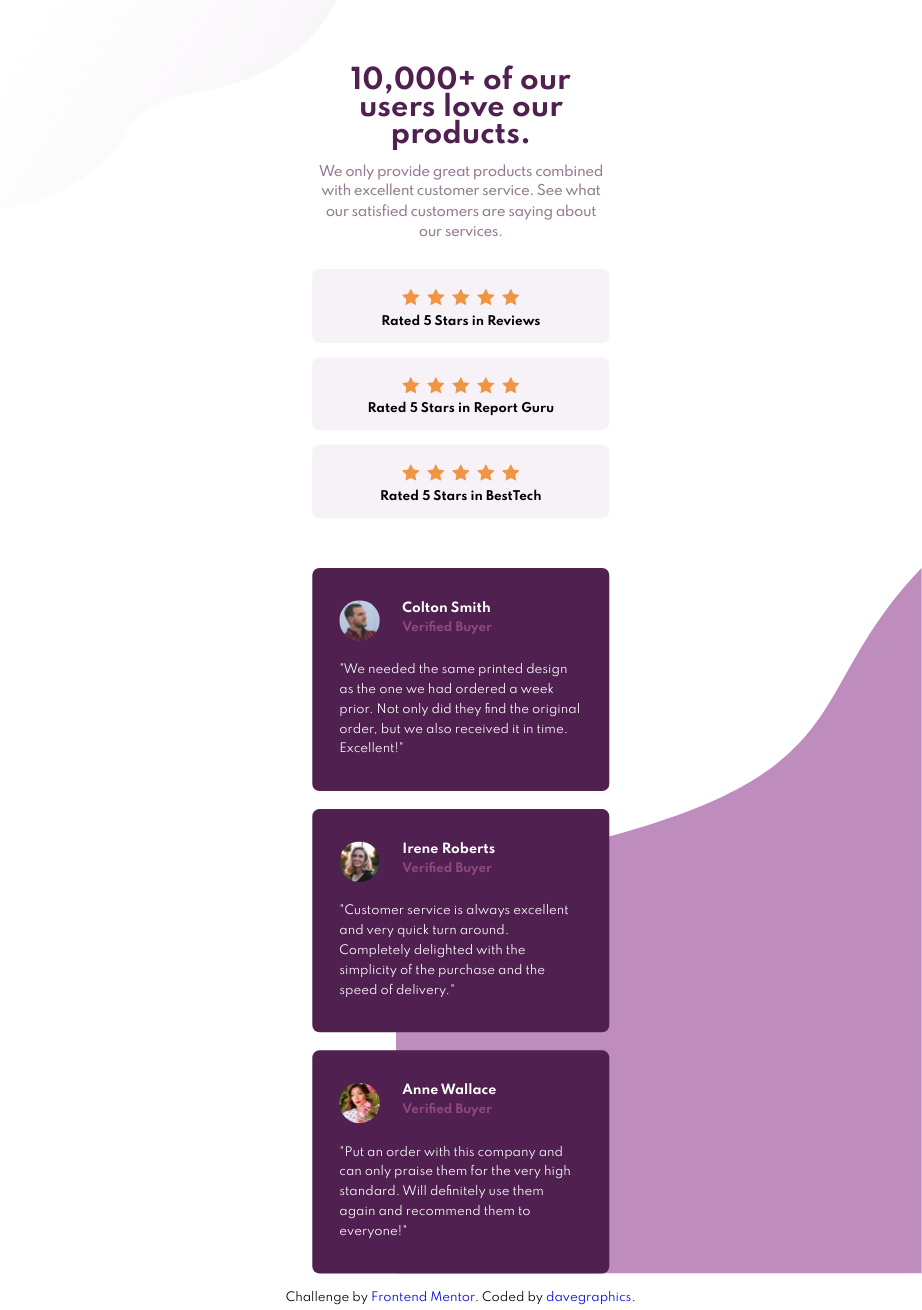
Repository: DejV44/social-proof-section-master
Page: index.html
The author's editor kept a copy of each file at every save. The page is drawn from the files as they stood at one save, then again after the next save.
The browser window is 1024 px wide. The pictures show the whole page, at 90% of full size.
The style sheet was rebuilt from its Sass, Less or Tailwind sources for each picture, by a compiler version that may differ from the author's.

Above is the page before, as saved 2021-06-28 21:43:21.

### index.html
<!DOCTYPE html>

<html lang="en">
<head>
    <meta charset="UTF-8">
    <meta http-equiv="X-UA-Compatible" content="IE=edge">
    <meta name="viewport" content="width=device-width, initial-scale=1.0">
    <link rel="stylesheet" href="../css/main.css">
    <title>social-proof-section-master</title>
</head>
<body>
    <div class="size">
        <section class="main">
            <div class="titles">
                <h1 class="title">10,000+ of our <br>users love our <br>products.</h1>
                <p class="item-1">We only provide great products combined with excellent customer service. See what our satisfied customers are saying about our services.</p>
            </div>
            <div class="container">
                <ul>
                    <li class="item1">
                        <img src="../img/stars.svg" alt="stars">
                        <h5>Rated 5 Stars in Reviews</h5>
                    </li>
                </ul>

                <ul>
                    <li class="item2">
                        <img src="../img/stars.svg" alt="stars">
                        <h5>Rated 5 Stars in Report Guru</h5>
                    </li>
                </ul>

                <ul>
                    <li class="item3">
                        <img src="../img/stars.svg" alt="stars">
                        <h5>Rated 5 Stars in BestTech</h5>
                    </li>
                </ul>
            </div>
        </section>

        <section class="citate">
            <ul class="alfa">
                <li>
                    <div class="identy1">
                        <img src="../img/image-colton.jpg" alt="stars">
                        <div>
                            <h3>Colton Smith</h3>
                            <h4>Verified Buyer</h4>
                        </div>
                    </div>
                    <blockquote>"We needed the same printed design as the one we had ordered a week prior. Not only did they find the original order, but we also received it in time. Excellent!"</blockquote>
                </li>
            </ul>

            <ul class="beta">
                <li>
                    <div class="identy2">
                        <img src="../img/image-irene.jpg" alt="stars">
                        <div>
                            <h3>Irene Roberts</h3>
                            <h4>Verified Buyer</h4>
                        </div>
                    </div>
                    <blockquote>"Customer service is always excellent and very quick turn around. Completely delighted with the simplicity of the purchase and the speed of delivery."</blockquote>
                </li>
            </ul>

            <ul class=gama>
                <li>
                    <div class="identy3">
                        <img src="../img/image-anne.jpg" alt="stars">
                        <div>
                            <h3>Anne Wallace</h3>
                            <h4>Verified Buyer</h4>
                        </div>
                    </div>
                    <blockquote>"Put an order with this company and can only praise them for the very high standard. Will definitely use them again and recommend them to everyone!"</blockquote>
                </li>
            </ul>
        </section>
        <div class="attribution">
            Challenge by
            <a href="https://www.frontendmentor.io?ref=challenge" target="_blank"
            >Frontend Mentor</a
            >. Coded by <a href="#">davegraphics</a>.
      </div>
    </div>
</body>
</html>

### css/main.scss
@import url('https://fonts.googleapis.com/css2?family=Spartan:wght@400;500;700&display=swap');

*{
    margin: 0;
    padding: 0;

    -webkit-font-smoothing: antialiased;
    /*outline: 3px solid rgb(197, 197, 197);*/
}

:root {
    --primary-color: hsl(300, 43%, 22%);
    --soft-pink: #8F497D;
    --neutral-color: hsl(303, 10%, 53%);
    --light-color: hsl(300, 24%, 96%);
    --white: hsl(0, 0%, 100%);
}

html {
    height: 100%;
}

@media only screen and (min-width: 1250px) {

body {
    margin: 0;
    padding: 0;

    background-image: url("/img/bg-pattern-top-desktop.svg"), url("/img/bg-pattern-bottom-desktop.svg");
    background-position: top 0px left 0px, bottom 0px right 0px;
    background-repeat: no-repeat;
    background-size: inherit;
    //background: var(--white);
    font-family: 'Spartan', sans-serif;

    .size {


        .main {

            margin: 120px auto 0 167px;
            max-width: 1440px;
            max-height: 400px;
            display: grid;
            grid-template-columns: 1fr 1fr;

            .titles {

                margin-right: 20%;

                .title {
                    font-size: 40px;
                    padding-bottom: 7px;
                }
            }

            .container {


                ul {

                    li {
                        display: grid;
                        grid-template-columns: 180px 260px;
                        list-style: none;
                        text-align: left;
                        border-radius: 7px;
                        background: var(--light-color);
                        max-width: 445px;

                    }
                    .item1 {
                        margin-left: -100px;
                        margin-bottom: 7px;
                    }

                    .item2 {
                        margin-left: -50px;
                        margin-bottom: 7px;
                    }

                    img {
                        width: 120px;
                        height: 17px;
                        grid-column: 1/2;
                        padding: 20px 0 20px 30px;
                    }

                    h5 {
                        grid-column: 2/2;
                        width: 260px;
                        padding: 20px 0;

                    }
                }
            }
        }


        .citate {


            display: grid;
            grid-template-columns: 1fr 1fr 1fr;
            margin: 50px auto;
            max-width: 1440px;


            ul {

                padding: 40px 30px;

                background: var(--primary-color);
                border-radius: .5em;
                width: 350px;
                height: 235px;
                margin: 0px auto 20px auto;

                blockquote {
                        color: var(--white);
                        margin-top: 25px;
                        line-height: 28px;
                        text-align: left;

                }

                li {
                    list-style: none;

                    h3 {
                            color: var(--white);
                            margin: .5em 0 .2em 0;
                            padding-left: 20px;
                            font-size: 15px;

                        }

                        h4 {
                            color: var(--soft-pink);
                            margin: .4em 0 .2em 0;
                            padding-left: 20px;
                            font-size: 14px;

                        }

                    .identy1 {
                        grid-column: 1/3;
                        display: flex;
                        img {
                            margin-top: 6px;
                            border-radius: 5em;
                            width: 45px;
                            height: 45px;
                            position: relative;
                            top: 4px;
                            left: 4px;
                        }

                    }

                    .identy2 {
                        grid-column: 2/3;
                        display: flex;
                        img {
                            margin-top: 6px;
                            border-radius: 5em;
                            width: 45px;
                            height: 45px;
                            position: relative;
                            top: 4px;
                            left: 4px;

                        }


                    }

                    .identy3 {
                        grid-column: 3/3;
                        display: flex;
                        img {
                            margin-top: 6px;
                            border-radius: 5em;
                            width: 45px;
                            height: 45px;
                            position: relative;
                            top: 4px;
                            left: 4px;
                        }


                    }
                }

            }

            .beta {
                margin-top: 20px;
            }

            .gama {
                margin-top: 40px;
            }
        }

        .attribution {
            position: absolute;
            width: 100%;
            bottom: 0;
            text-align: center;
            font-size: 13px;
            padding-bottom: 5px;


            a {
                text-decoration: none;
                font-size: 13px;

            }


        }
    }

}
}

@media only screen and (max-width: 1250px) {
body {
    margin: 0;
    padding: 0;
    font-family: 'Spartan', sans-serif;
    background: url("/img/bg-pattern-top-mobile.svg");
    background-position: top 0px left 0px;
    background-repeat: no-repeat;
    background-size: inherit;

    .size {



        .main {
            text-align: center;
            margin: 0 auto 70px auto;




            .title {
                margin: 0 auto;
                padding: 2.5em 10% 0 10%;
                font-size: 30px;
                line-height: 30px;
                font-weight: 900;
                color: var(--primary-color);
                width: 330px;
                height: 105px;
            }

            p {
                padding: 10px auto;
                margin: 0px auto;
                color: var(--neutral-color);
                line-height: 1.5em;
                letter-spacing: -0.5px;
                width: 325px;
                height: 100px;
                font-size: 14.9px;
                font-weight: 500;
            }

            .container {
                padding: .2em;
                width: 330px;
                height: 80px;
                display: inline-block;

                ul {
                    background: var(--light-color);
                    border-radius: .5em;
                    width: 330px;

                    li {
                    list-style: none;
                    padding: 1em;
                    margin: 1em;


                    img {
                        padding: .3em;
                        width: 130px;
                        height: 20px;
                    }

                    h3 {
                        padding: .3em;
                        color: var(--primary-color);
                        font-size: 13px;
                    }
                }
                }

            }



        }

        .citate {
        background: url("../img/bg-pattern-bottom-mobile2.svg");
        background-repeat: no-repeat;
        background-size: inherit;
        background-position-x: 100%;
        background-position-y: 100%;

            .alfa, .beta, .gama {
                list-style: none;
                background: var(--primary-color);
                border-radius: .5em;
                width: 330px;
                height: 248px;
                margin: 0px auto 20px auto;

                .identy1, .identy2, .identy3 {
                    display: flex;

                    h3 {
                        color: var(--white);
                        margin: .5em 0 .2em 25px;
                        padding: 30px 0 0 30px;
                        font-size: 14px;
                    }

                    h4 {
                        color: var(--soft-pink);
                        margin: .4em 0 .2em 25px;
                        padding: 0px 0 0 30px;
                        font-size: 13px;
                    }

                    img {
                        margin-top: 6px;
                        border-radius: 5em;
                        width: 45px;
                        height: 45px;
                        position: relative;
                        top: 30px;
                        left: 30px;
                    }
                }

                blockquote {
                    color: var(--white);
                    margin-top: 25px;
                    padding: 0 30px 30px 30px;
                    line-height: 22px;
                    text-align: left;
                    font-size: 13px;
                }
            }
        }

        .attribution {



            width: 100%;
            bottom: 0;
            text-align: center;
            font-size: 13px;
            padding-bottom: 5px;


            a {
                text-decoration: none;
                font-size: 13px;

            }


        }



    }





}

}

After the next save:
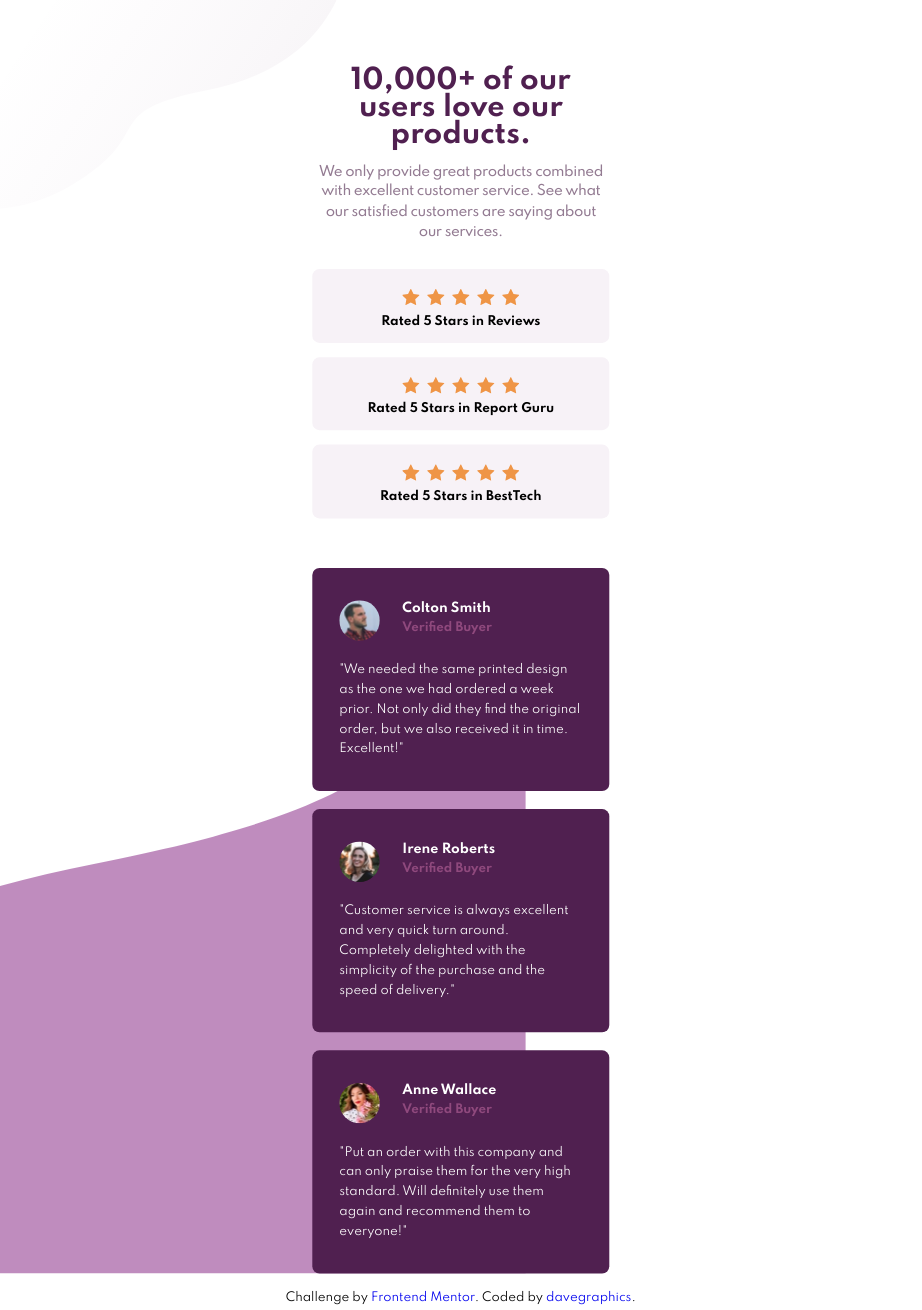
Saved 6 s later.
--- a/css/main.scss
+++ b/css/main.scss
@@ -308,11 +308,9 @@ body {
 
         .citate {
         background: url("../img/bg-pattern-bottom-mobile2.svg");
-        background-repeat: no-repeat;
-        background-size: inherit;
-        background-position-x: 100%;
-        background-position-y: 100%;
-
+        background-position: top 0px left 0px;
+    background-repeat: no-repeat;
+    background-size: inherit;
             .alfa, .beta, .gama {
                 list-style: none;
                 background: var(--primary-color);
